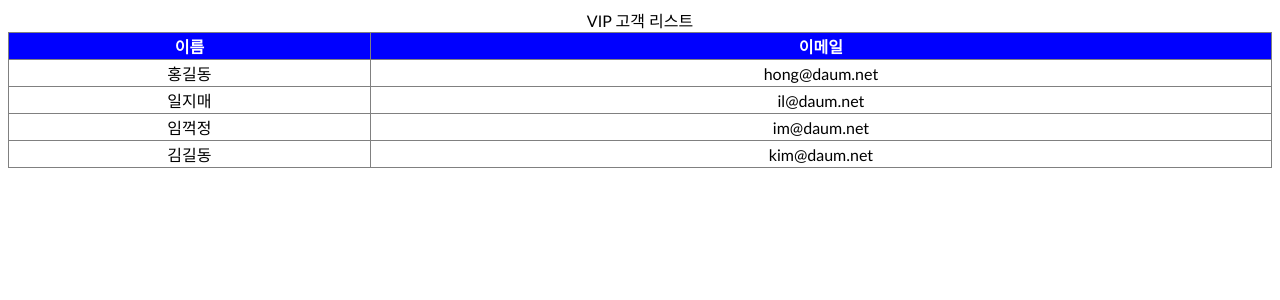
Repository: daehyeonhong/HTML
Page: ch05/WebContent/table2.html
These files come from the project's save history. The page is drawn as it stood at one moment and after the next save; the edit follows.
The browser window is 1280 px wide. The pictures show the whole page.

Above is the page before, as saved 2020-05-20 02:14:46.

### ch05/WebContent/table2.html
<!DOCTYPE html>
<html lang="en">
<head>
<meta charset="UTF-8">
<meta name="viewport" content="width=device-width, initial-scale=1.0">
<title>Document</title>
<style>
#list {
	font-family: 'Trebuchet MS', 'Lucida Sans Unicode', 'Lucida Grande',
		'Lucida Sans', Arial, sans-serif;
	width: 100%;
	border-collapse: collapse;
}

#list td, #list th {
	border: 1px solid grey;
	text-align: center;
}

#list th {
	color: white;
	background-color: blue;
}

#list tr.alt td {
	background-color: yellow;
}
</style>
</head>
<body>
	<table id="list">
		<caption>VIP 고객 리스트</caption>
		<tr>
			<th>이름</th>
			<th>이메일</th>
		</tr>
		<tr>
			<td>홍길동</td>
			<td>hong@daum.net</td>
		</tr>
		<tr>
			<td class="alt">일지매</td>
			<td>il@daum.net</td>
		</tr>
		<tr>
			<td>임꺽정</td>
			<td>im@daum.net</td>
		</tr>
		<tr>
			<td class="alt">김길동</td>
			<td>kim@daum.net</td>
		</tr>
	</table>
</body>
</html>

After the next save:
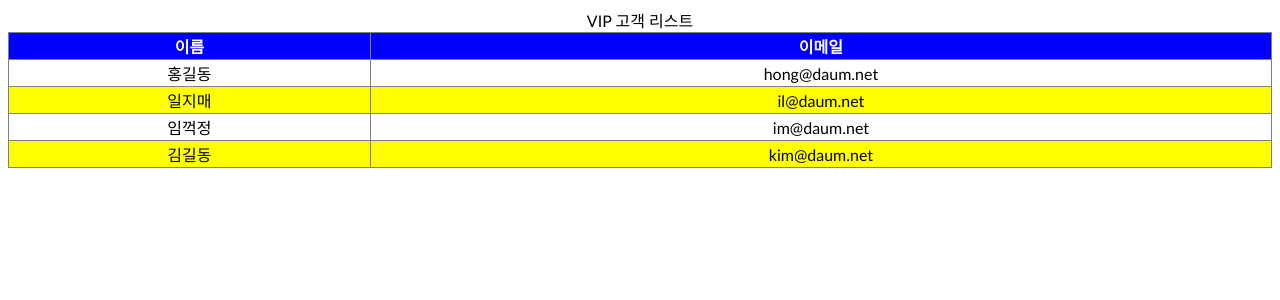
Saved 34 s later.
--- a/ch05/WebContent/table2.html
+++ b/ch05/WebContent/table2.html
@@ -38,16 +38,16 @@
 			<td>홍길동</td>
 			<td>hong@daum.net</td>
 		</tr>
-		<tr>
-			<td class="alt">일지매</td>
+		<tr class="alt">
+			<td>일지매</td>
 			<td>il@daum.net</td>
 		</tr>
 		<tr>
 			<td>임꺽정</td>
 			<td>im@daum.net</td>
 		</tr>
-		<tr>
-			<td class="alt">김길동</td>
+		<tr class="alt">
+			<td>김길동</td>
 			<td>kim@daum.net</td>
 		</tr>
 	</table>
